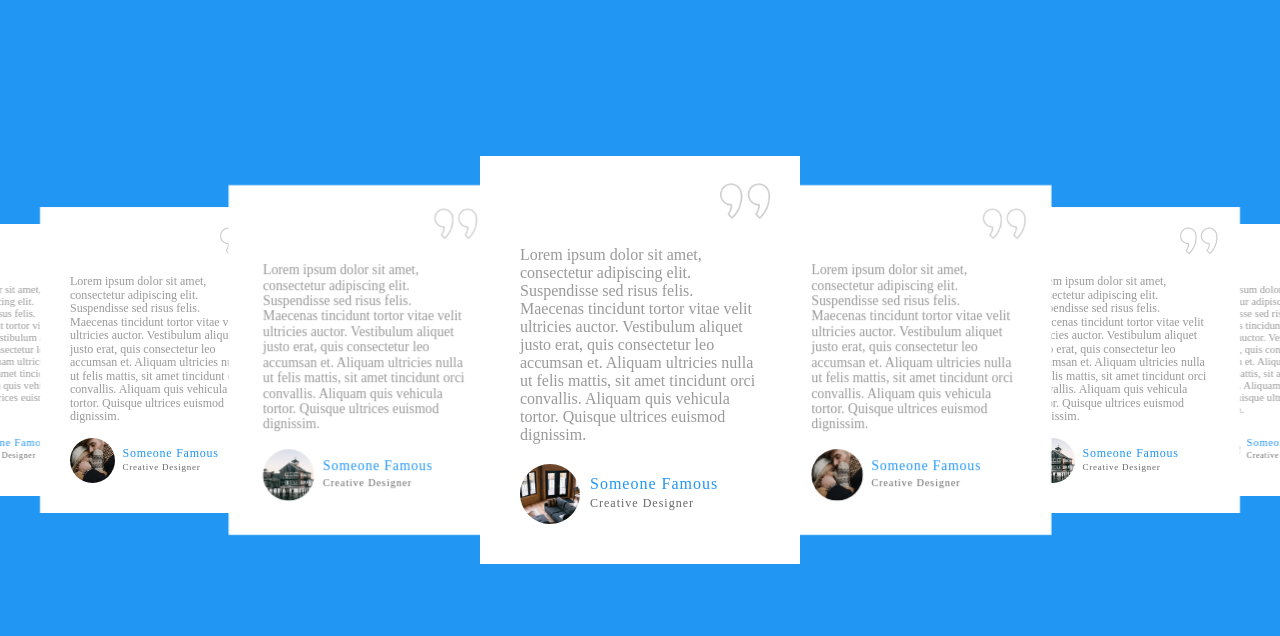
Repository: honghyunAhn/DailyFront
Page: Day210209_Responsive_Client_Testimonial_Section/index.html
These files come from the project's save history. The page is drawn as it stood at one moment and after the next save; the edit follows.
The browser window is 1280 px wide. The pictures show the whole page.

Above is the page before, as saved 2021-02-10 22:26:16.

After the next save:
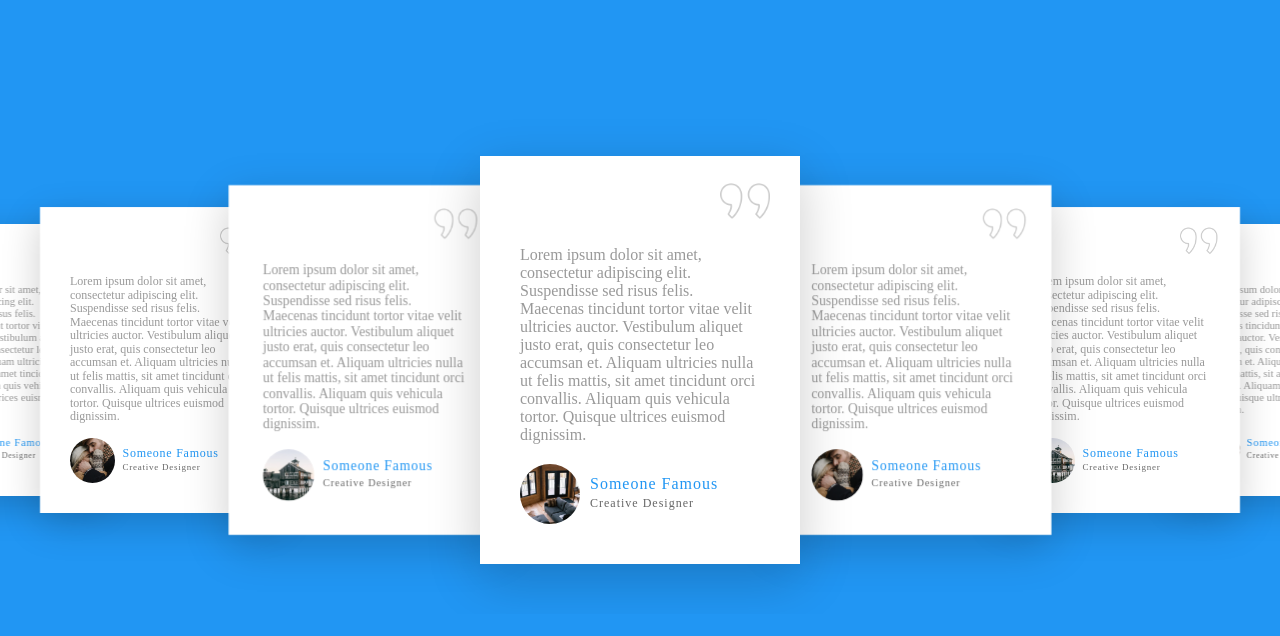
Saved 5 min 51 s later.
--- a/Day210209_Responsive_Client_Testimonial_Section/style.css
+++ b/Day210209_Responsive_Client_Testimonial_Section/style.css
@@ -25,7 +25,7 @@ section {
   background-size: cover;
   width: 320px;
   background: #fff;
-  box-shadow: 0 15px 50px rgba(0, 0, 0, 0);
+  box-shadow: 0 15px 50px rgba(0, 0, 0, 0.2);
 }
 .testimonialBox {
   position: relative;
